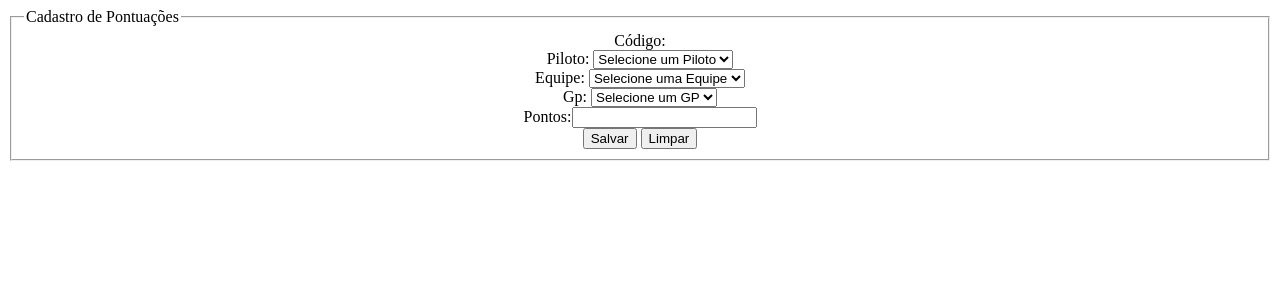
Repository: lperalta13/Formula1_Java
Page: http://localhost/formula1/pontuacao.jsp
These files come from the project's save history. The page is drawn as it stood at one moment and after the next save; the edit follows.
The browser window is 1280 px wide. The pictures show the whole page.
The page is served by Tomcat 9. Other server files are loaded and not shown. The template is opened directly, without the code that normally fills it, so the values that code supplies are empty.

Above is the page before, as saved 2019-12-11 21:00:37.

### formula1/WebContent/pontuacao.jsp
<%@page import="org.apache.jasper.tagplugins.jstl.core.ForEach"%>
<%@ page language="java" contentType="text/html; charset=ISO-8859-1"
	pageEncoding="ISO-8859-1"%>
<%@ page import="java.util.List,br.com.empresa.model.Piloto" %>
<%@ page import="java.util.List,br.com.empresa.model.Equipe" %>
<%@ page import="java.util.List,br.com.empresa.model.Gp" %>
<%@ taglib uri="http://java.sun.com/jsp/jstl/core" prefix="c"%>
<%@ taglib uri="http://java.sun.com/jsp/jstl/fmt" prefix="fmt"%>

<!DOCTYPE html>
<html lang="pt">
<head>
<title>Cadastro de Pontuações</title>
</head>
<body>
	<div align="center">
		<form method="get" action="cadPontuacao">
			<fieldset>
				<legend>Cadastro de Pontuações</legend>
				<label>Código: </label><input type="hidden" name="codigo" />
				<br />
				<label>Piloto:</label>
				<select name="piloto">
					<option value="">Selecione um Piloto</option>
					<c:forEach var="piloto" items="${pilotos}">
						<option value="${piloto.codigo}" >
							${piloto.nome}</option>
					</c:forEach>
				</select>
				<br/>
				<label>Equipe:</label>
				<select name="equipe">
					<option value="">Selecione uma Equipe</option>
					<c:forEach var="equipe" items="${equipes}">
						<option value="${equipe.codigo}" >
							${equipe.descricao}</option>
					</c:forEach>
				</select>
				<br/>
				<label>Gp:</label>
				<select name="gp">
					<option value="">Selecione um GP</option>
					<c:forEach var="gp" items="${gps}">
						<option value="${gp.codigo}" >
							${gp.descricao}</option>
					</c:forEach>
				</select>
				<br/>

				<label>Pontos:</label><input type="text" name="pontos" />
				<br />

				<input type="submit" value="Salvar">
				<input type="reset" value="Limpar">
				<br />
			</fieldset>
		</form>
	</div>
</body>
</html>

After the next save:
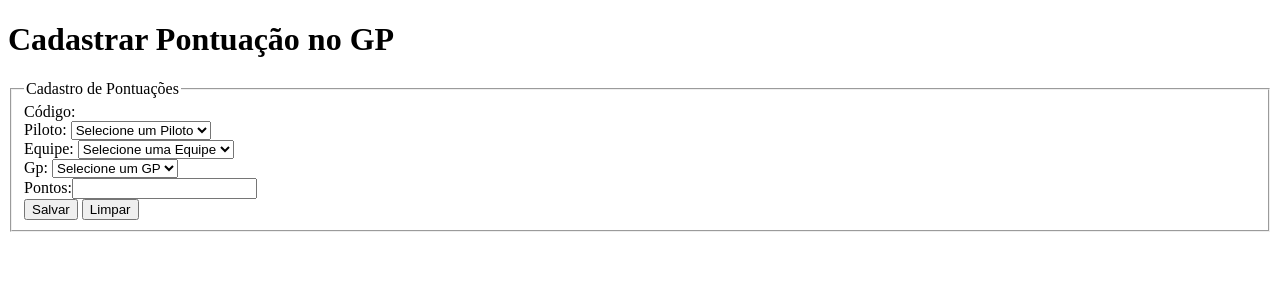
Saved 3 min 41 s later.
--- a/formula1/WebContent/pontuacao.jsp
+++ b/formula1/WebContent/pontuacao.jsp
@@ -13,7 +13,10 @@
 <title>Cadastro de Pontuações</title>
 </head>
 <body>
-	<div align="center">
+<div class="container">
+	<div class="row mt-5">
+		<div class="col-md-12">
+			<h1>Cadastrar Pontuação no GP</h1>
 		<form method="get" action="cadPontuacao">
 			<fieldset>
 				<legend>Cadastro de Pontuações</legend>
@@ -56,5 +59,7 @@
 			</fieldset>
 		</form>
 	</div>
+	</div>
+	</div>
 </body>
 </html>
